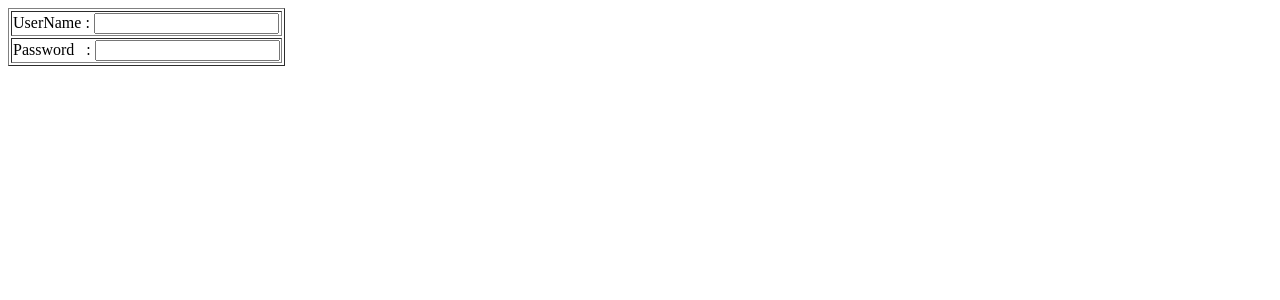
Repository: vishaldhardubey/Java-Programs-BridgeIT
Page: Maven/StudentInfoApplication/WebContent/homePage.html
The author's editor kept a copy of each file at every save. The page is drawn from the files as they stood at one save, then again after the next save.
The browser window is 1280 px wide. The pictures show the whole page.

Above is the page before, as saved 2018-06-20 06:00:17.

After the next save:
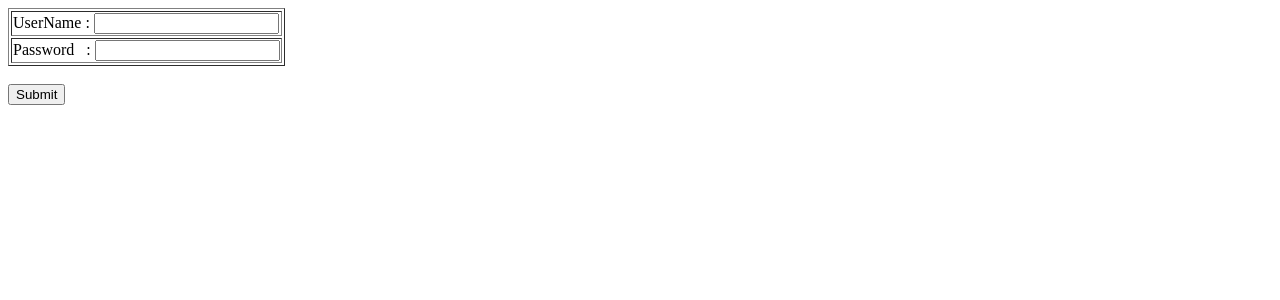
Saved 75 s later.
--- a/Maven/StudentInfoApplication/WebContent/homePage.html
+++ b/Maven/StudentInfoApplication/WebContent/homePage.html
@@ -14,11 +14,12 @@
 		</tr>
 		<tr>
 		<td>
-		Password &nbsp;&nbsp;:&nbsp;<input type="text" name="passkey">
+		Password &nbsp;&nbsp;:&nbsp;<input type="password" name="passkey">
 		</td>
 	</tr>
 	</table>
 	<br>
+	<input type="submit">
 
 	</form>
 </body>
